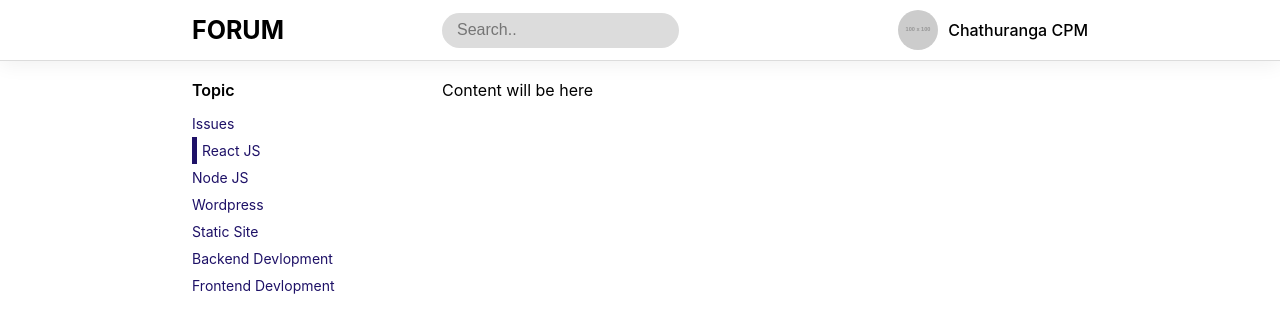
Repository: ChathurangaCPM/developer-forum
Page: / (app in client/)
The author's editor kept a copy of each file at every save. The page is drawn from the files as they stood at one save, then again after the next save.
The browser window is 1280 px wide. The pictures show the whole page.
The project was rebuilt for these pictures with package versions that can differ from the ones it lists, and the page was loaded fresh each time.

Above is the page before, as saved 2022-05-09 21:12:13.

### client/public/index.html
<!DOCTYPE html>
<html lang="en">
  <head>
    <meta charset="utf-8" />
    <link rel="icon" href="%PUBLIC_URL%/favicon.ico" />
    <meta name="viewport" content="width=device-width, initial-scale=1" />
    <meta name="theme-color" content="#000000" />
    <meta
      name="description"
      content="Web site created using create-react-app"
    />
    <link rel="apple-touch-icon" href="%PUBLIC_URL%/logo192.png" />
    <link rel="manifest" href="%PUBLIC_URL%/manifest.json" />

    <title>React App</title>
  </head>
  <body>
    <noscript>You need to enable JavaScript to run this app.</noscript>
    <div id="root"></div>

  </body>
</html>

### client/src/App.js
import MainHeader from "./components/MainHeader/MainHeader";
import SideBar from "./components/SideBar/SideBar";
import './App.min.css';

function App() {
	return (
		<div className="main_wrapper">
			<MainHeader/>
			<div className="wrap_inner_data">
				<div className="side_bar">
					<SideBar/>
				</div>
				<div className="main_content_area">
					Content will be here
				</div>
			</div>
		</div>
	);
}

export default App;

### client/src/components/MainHeader/MainHeader.js
import React from 'react';
import { Link } from 'react-router-dom';
import '../../scss/componets/MainHeader/MainHeader.min.css';

function MainHeader() {
	return (
		<div className="main_header">
			<div className="wrap_middle">

				<div className="main_logo">
					<span>FORUM</span>
				</div>


				<div className="search_form">
					<form method="">
						<input type="search" placeholder="Search.."/>
					</form>
				</div>

				<div className="user_pro">
					<img src="//dummyimage.com/100x100/000/fff"/>
					<span>Chathuranga CPM</span>
				</div>
			</div>
		</div>
	);
}

export default MainHeader;

### client/src/components/SideBar/SideBar.js
import '../../scss/componets/SideBar/SideBar.min.css';

function SideBar() {
	return (
		<div className="main_sidebar_wrapper">
			<div className="menu_area">
				<span className="title">Topic</span>
                <ul>
                    <li>Issues</li>
                    <li className="active">React JS</li>
                    <li>Node JS</li>
                    <li>Wordpress</li>
                    <li>Static Site</li>
                    <li>Backend Devlopment</li>
                    <li>Frontend Devlopment</li>
                </ul>
            </div>
		</div>
	);
}

export default SideBar;

### client/src/App.min.css
:root{--primary-color: rgb(30, 17, 103);--secondary-color: #ddd;--border-color: #dcdcdc}.main_wrapper{padding-top:80px}.main_wrapper .wrap_inner_data{display:-webkit-box;display:-ms-flexbox;display:flex;-ms-flex-wrap:wrap;flex-wrap:wrap;max-width:70%;margin:0 auto}.main_wrapper .wrap_inner_data .side_bar{width:250px}.main_wrapper .wrap_inner_data .main_content_area{width:calc(100% - 250px)}img{width:100%}

### client/src/scss/componets/MainHeader/MainHeader.min.css
.main_header{padding:10px 0;border-bottom:1px solid var(--border-color);-webkit-box-shadow:0px 4px 20px 0px rgba(0,0,0,0.06);box-shadow:0px 4px 20px 0px rgba(0,0,0,0.06);position:fixed;top:0;width:100%;z-index:10px;background:#fff}.main_header .wrap_middle{max-width:70%;margin:0 auto;display:-webkit-box;display:-ms-flexbox;display:flex;-webkit-box-align:center;-ms-flex-align:center;align-items:center}.main_header .wrap_middle .main_logo{width:250px}.main_header .wrap_middle .main_logo span{font-size:25px;font-weight:bold;text-transform:uppercase}.main_header .wrap_middle .search_form{width:calc(100% - 500px)}.main_header .wrap_middle .search_form input{border:none;font-size:16px;line-height:16px;height:35px;border-radius:20px;outline:none;background:var(--border-color);padding:0 15px}.main_header .wrap_middle .user_pro{width:250px;display:-webkit-box;display:-ms-flexbox;display:flex;-webkit-box-align:center;-ms-flex-align:center;align-items:center;-webkit-box-pack:end;-ms-flex-pack:end;justify-content:flex-end}.main_header .wrap_middle .user_pro img{width:40px;height:40px;border-radius:100%;overflow:hidden}.main_header .wrap_middle .user_pro span{padding-left:10px;font-weight:500}

### client/src/scss/componets/SideBar/SideBar.min.css
.main_sidebar_wrapper .menu_area span.title{font-weight:600;display:block;margin-bottom:10px}.main_sidebar_wrapper .menu_area ul{padding:0;list-style:none;margin:0}.main_sidebar_wrapper .menu_area ul li{color:var(--primary-color);padding:5px 0;font-size:14px;-webkit-transition:all 0.3s ease-in-out;transition:all 0.3s ease-in-out;border-left-width:0}.main_sidebar_wrapper .menu_area ul li:hover,.main_sidebar_wrapper .menu_area ul li.active{border-left:5px solid var(--primary-color);padding-left:5px;-webkit-transition:all 0.3s ease-in-out;transition:all 0.3s ease-in-out;cursor:pointer}

Loaded but not shown: client/src/index.js (common file); client/src/index.css (common file); client/src/reportWebVitals.js (common file)

After the next save:
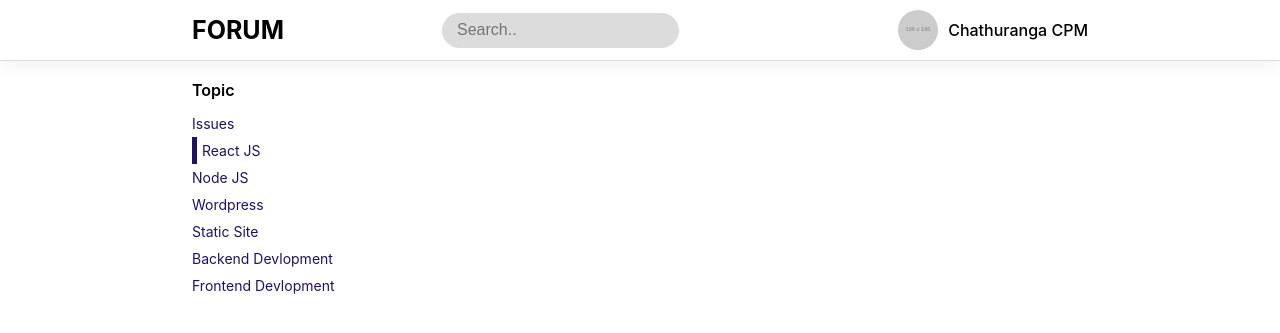
Saved 15 s later.
--- a/client/src/App.js
+++ b/client/src/App.js
@@ -11,7 +11,7 @@ function App() {
 					<SideBar/>
 				</div>
 				<div className="main_content_area">
-					Content will be here
+
 				</div>
 			</div>
 		</div>
